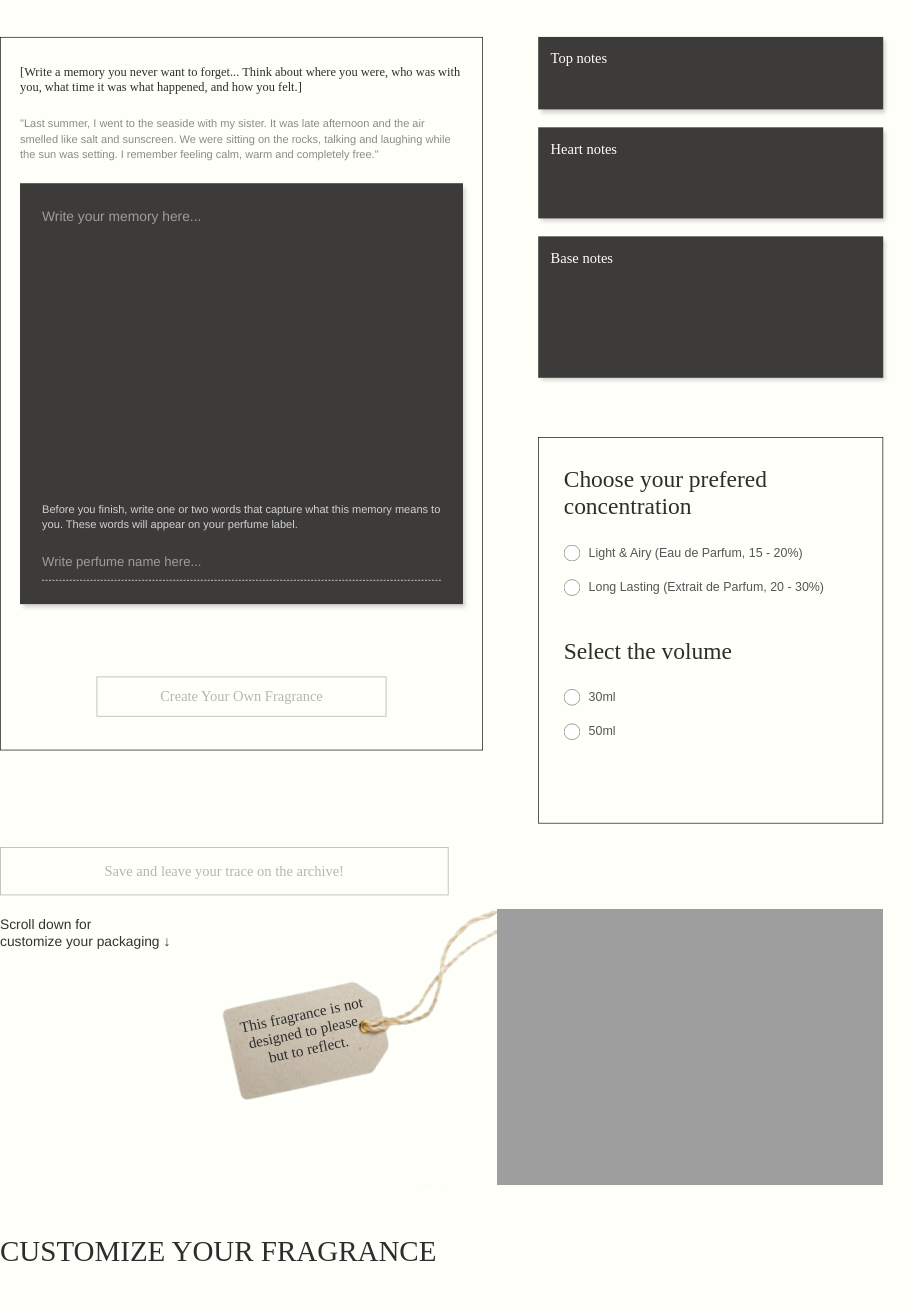
Repository: doagunes/Sillage
Page: /create
An editor plug-in stored every save of this project. The page is shown before and after the next save, followed by the edit.
The browser window is 1280 px wide. The page is 1325 px wide, so the pictures cover 1325 px, including what lies to the right of the window. The pictures show the part of the page from y = 773 to 2673 px (the page is 4240 px tall), at 69% of full size.
Pictures or frames that could not be fetched are drawn as grey boxes. Some web fonts or font styles are not loaded; a fallback is used. The project was rebuilt for these pictures with package versions that can differ from the ones it lists, and the page was loaded fresh each time. Also part of the build but not shown: vite.config.js, src/pages/SignUp.css, src/pages/SignUp.jsx, src/pages/Login.css, src/pages/Login.jsx, src/components/DynamicPerfumeBottle.css, src/components/DynamicPerfumeBottle.jsx, src/pages/Account.css and 17 more.

Above is the page before, as saved 2026-06-06 12:52:40.

### index.html
<!doctype html>
<html lang="en">
  <head>
    <meta charset="UTF-8" />
    <link rel="icon" type="image/svg+xml" href="/favicon.svg" />
    <meta name="viewport" content="width=device-width, initial-scale=1.0" />
    <title>sillage</title>
  </head>
  <body>
    <div id="root"></div>
    <script type="module" src="/src/main.jsx"></script>
  </body>
</html>

### src/main.jsx
import React from 'react'
import ReactDOM from 'react-dom/client'
import App from './App'
import './index.css'
import "./styles/fonts.css";

ReactDOM.createRoot(document.getElementById('root')).render(
  <React.StrictMode>
    <App />
  </React.StrictMode>,
)

### src/App.jsx
import "./index.css";
import { BrowserRouter, Routes, Route } from "react-router-dom";
import { AuthProvider } from "./context/AuthContext";
import { CartProvider } from "./context/CartContext";

import SignUp from "./pages/SignUp";
import Login from "./pages/Login";
import Account from "./pages/Account";

import Home from "./pages/Home";
import About from "./pages/About";
import Create from "./pages/Create";
import Archive from "./pages/Archive";
import ArchiveDetail from "./pages/ArchiveDetail";
import Cart from "./pages/Cart";
import ScentDetail from "./pages/ScentDetail";

function App() {
  return (
    <AuthProvider>
      <CartProvider>
        <BrowserRouter>
          <Routes>
            <Route path="/" element={<Home />} />
            <Route path="/about" element={<About />} />
            <Route path="/create" element={<Create />} />
            <Route path="/archive" element={<Archive />} />
            <Route path="/archive/:id" element={<ArchiveDetail />} />

            <Route path="/signup" element={<SignUp />} />
            <Route path="/login" element={<Login />} />
            <Route path="/account" element={<Account />} />

            <Route path="/cart" element={<Cart />} />

            <Route path="/scents/:scentId" element={<ScentDetail />} />
          </Routes>
        </BrowserRouter>
      </CartProvider>
    </AuthProvider>
  );
}

export default App;

### src/index.css
@import "tailwindcss";

@font-face {
  font-family: "Richmond Display";
  src: url("./assets/fonts/RichmondDisplay-Light.otf") format("opentype");
  font-weight: 300;
  font-style: normal;
}

@font-face {
  font-family: "Helvetica Neue Light";
  src: url("./assets/fonts/HelveticaNeue-Light.otf") format("opentype");
  font-weight: 300;
  font-style: normal;
}

:root {
  --font-heading: "Richmond Display", serif;
  --font-body: "Helvetica Neue Light", Arial, sans-serif;
}

* {
  margin: 0;
  padding: 0;
  box-sizing: border-box;
}

body {
  background-color: #f7f3ee;
  font-family: var(--font-body);
}

h1,
h2,
h3,
h4,
h5,
h6 {
  font-family: var(--font-heading);
  font-weight: 300;
}
@keyframes luxuryFade {
  from {
    opacity: 0;
    transform: translateY(40px);
    filter: blur(8px);
  }

  to {
    opacity: 1;
    transform: translateY(0);
    filter: blur(0);
  }
}

.page-enter {
  animation: luxuryFade 1.8s cubic-bezier(0.22, 1, 0.36, 1);
}

### src/styles/fonts.css
@font-face {
  font-family: "Richmond Display";
  src: url("../assets/fonts/RichmondDisplay-Light.otf")
    format("opentype");
  font-weight: 300;
  font-style: normal;
}

@font-face {
  font-family: "Helvetica Neue Light";
  src: url("../assets/fonts/HelveticaNeue-Light.otf")
    format("opentype");
  font-weight: 300;
  font-style: normal;
}

### src/context/AuthContext.jsx
import { createContext, useContext, useEffect, useState } from "react";

const AuthContext = createContext();

const API_URL = "http://localhost:5001/api";

export function AuthProvider({ children }) {
  const [user, setUser] = useState(null);

  useEffect(() => {
    const savedCurrentUser = localStorage.getItem("sillageCurrentUser");

    if (savedCurrentUser) {
      setUser(JSON.parse(savedCurrentUser));
    }
  }, []);

  const signup = async ({ username, email, password }) => {
    try {
      const response = await fetch(`${API_URL}/signup`, {
        method: "POST",
        headers: {
          "Content-Type": "application/json",
        },
        body: JSON.stringify({
          username,
          email,
          password,
        }),
      });

      const data = await response.json();

      if (!response.ok) {
        return {
          success: false,
          message: data.message || "Signup failed.",
        };
      }

      localStorage.setItem("sillageCurrentUser", JSON.stringify(data));
      setUser(data);

      return {
        success: true,
        user: data,
      };
    } catch (error) {
      return {
        success: false,
        message: "Could not connect to the server.",
      };
    }
  };

  const login = async (email, password) => {
    try {
      const response = await fetch(`${API_URL}/login`, {
        method: "POST",
        headers: {
          "Content-Type": "application/json",
        },
        body: JSON.stringify({
          email,
          password,
        }),
      });

      const data = await response.json();

      if (!response.ok) {
        return {
          success: false,
          message: data.message || "Login failed.",
        };
      }

      localStorage.setItem("sillageCurrentUser", JSON.stringify(data));
      setUser(data);

      return {
        success: true,
        user: data,
      };
    } catch (error) {
      return {
        success: false,
        message: "Could not connect to the server.",
      };
    }
  };

  const logout = () => {
    localStorage.removeItem("sillageCurrentUser");
    setUser(null);
  };

  const isLoggedIn = Boolean(user);

  return (
    <AuthContext.Provider value={{ user, isLoggedIn, signup, login, logout }}>
      {children}
    </AuthContext.Provider>
  );
}

export function useAuth() {
  return useContext(AuthContext);
}

### src/components/Navbar.jsx
import "./Navbar.css";
import { Link } from "react-router-dom";
import { useAuth } from "../context/AuthContext";

import logo from "../assets/navbar/sillage-logo.svg";
import userIcon from "../assets/navbar/user-icon.svg";
import bagIcon from "../assets/navbar/bag-icon.svg";
import instagramIcon from "../assets/navbar/instagram-icon.svg";

function Navbar() {
  const { isLoggedIn } = useAuth();

  return (
    <header className="navbar">
      <Link to="/" className="logo">
        <img src={logo} alt="sillage" />
      </Link>

      <nav className="nav-links">
        <Link to="/about">About</Link>
        <Link to="/create">Create Your Own Fragrance</Link>
        <Link to="/archive">Memory Archive</Link>
      </nav>

      <div className="nav-icons">
        <Link to={isLoggedIn ? "/account" : "/signup"} className="nav-icon-link">
          <img src={userIcon} alt="Account" />
        </Link>

        <Link to="/cart" className="nav-icon-link">
          <img src={bagIcon} alt="Cart" />
        </Link>

        <a
          href="https://www.instagram.com/"
          target="_blank"
          rel="noreferrer"
          className="nav-icon-link"
        >
          <img src={instagramIcon} alt="Instagram" />
        </a>
      </div>
    </header>
  );
}

export default Navbar;

### src/components/Footer.jsx
import "./Footer.css";
import { Link } from "react-router-dom";
import logo from "../assets/sillage-logo-b.svg";

function Footer() {
  return (
    <footer className="footer">
      <Link to="/" className="footer-brand">
        <img src={logo} alt="Sillage" />
      </Link>

      <div className="footer-col">
        <Link to="/about">
          <h3>About</h3>
        </Link>
      </div>

      <div className="footer-col">
        <h3>Scent Studio</h3>

        <Link to="/create">
          Create Your Own Perfume
        </Link>

        <Link to="/create">
          Customize Your Packaging
        </Link>
      </div>

      <div className="footer-col">
        <Link to="/archive">
          <h3>Memory Archive</h3>
        </Link>
      </div>

      <div className="footer-col contact">
        <h3>Contacts</h3>

        <p>info@sillageperfumery.com.tr</p>

        <p>
          +90 123 456 78 90 &nbsp; | &nbsp; Izmir / Turkey
        </p>
      </div>
    </footer>
  );
}

export default Footer;

### src/pages/Create.css
.create-page {
  background: #fffffa;
  color: #2E2D2D;
  font-family: "Helvetica Neue", Arial, sans-serif;
}

/* HERO */

.create-hero {
  width: 1280px;
  margin: 0 auto;
  display: grid;
  grid-template-columns: 50% 50%;
  border-left: 1px solid #111;
  border-right: 1px solid #111;
  border-bottom: 1px solid #111;
  border-top: none;
}

.create-hero-left {
  height: 330px;
  padding: 42px 32px 28px;
  box-sizing: border-box;

  display: flex;
  flex-direction: column;
  justify-content: space-between;
}

.create-hero-left h1 {
  margin: 0;
  font-family: "Richmond Display", serif;
  font-size: 44px;
  line-height: 1.18;
  font-weight: 300;
  letter-spacing: 0.01em;
  color: #2E2D2D;
}

.create-hero-left p {
  margin: 0;
  font-size: 36px;
  font-weight: 300;
  line-height: 1;
}

.create-hero-image {
  height: 330px;
  border-left: 1px solid #111;
  overflow: hidden;
}

.create-hero-image img {
  width: 100%;
  height: 100%;
  object-fit: cover;
  filter: grayscale(100%);
  display: block;
}

/* STEPS */

.steps-grid {
  width: 1280px;
  margin: 0 auto 62px;
  display: grid;
  grid-template-columns: repeat(4, 1fr);
  border-left: 1px solid #111;
}

.step-card {
  min-height: 270px;
  border-right: 1px solid #111;
  border-bottom: 1px solid #111;
  position: relative;
  padding: 100px 28px 28px;
  box-sizing: border-box;
}

.step-number {
  position: absolute;
  top: 0;
  left: 0;
  width: 66px;
  height: 66px;
  border-right: 1px solid #111;
  border-bottom: 1px solid #111;

  display: flex;
  align-items: center;
  justify-content: center;

  font-family: "Richmond Display", serif;
  font-size: 44px;
  font-weight: 300;
  line-height: 1;
}

.step-card p {
  margin: 0;
  font-size: 30px;
  line-height: 1.22;
  font-weight: 100;
}

/* CREATE MAIN */

.create-main {
  width: 1280px;
  margin: 70px auto 0;

  display: grid;
  grid-template-columns: 700px 500px;

  gap: 80px;

  align-items: start;
}

.memory-panel {
  border: 1px solid #111;
  padding: 38px 28px 48px;
  min-height: 900px;
  box-sizing: border-box;
}

.memory-panel h3 {
  margin: 0 0 30px;
  font-family: "Richmond Display", serif;
  font-size: 18px;
  font-weight: 400;
  line-height: 1.28;
}

.memory-panel > p {
  margin: 0 0 32px;
  color: #8a8a8a;
  font-size: 16px;
  line-height: 1.35;
  font-family: "Helvetica Neue", Arial, sans-serif;
}

.memory-input {
  background: #3d3a3a;
  color: #fffffa;
  height: 610px;
  padding: 34px 32px;
  box-sizing: border-box;
  display: flex;
  flex-direction: column;
  box-shadow: 4px 5px 6px rgba(0, 0, 0, 0.18);
  font-family: "Helvetica Neue", Arial, sans-serif;
}

.memory-input textarea {
  flex: 1;
  min-height: 360px;
  background: transparent;
  border: none;
  color: #fffffa;
  font-size: 20px;
  line-height: 1.4;
  outline: none;
  resize: none;
}

.memory-input span {
  color: #d2d2d2;
  font-size: 16px;
  line-height: 1.35;
  margin-top: auto;
}

.memory-title-input {
  margin-top: 22px;
  background: transparent;
  border: none;
  border-bottom: 1px dashed #fffffa;
  color: #fffffa;
  font-size: 19px;
  outline: none;
  padding: 8px 0 12px;
}

.memory-panel > button {
  width: 420px;
  height: 58px;
  margin: 105px auto 0;
  display: block;
  border: 1px solid #111;
  background: transparent;
  font-family: "Richmond Display", serif;
  font-size: 21px;
  cursor: pointer;
}

/* NOTES */

.notes-panel {
  display: grid;
  grid-template-columns: 1fr;
  gap: 26px;
}

.note-box {
  height: 105px;
  background: #3d3a3a;
  color: #fffffa;
  padding: 16px 18px;
  box-sizing: border-box;
  box-shadow: 4px 5px 6px rgba(0, 0, 0, 0.18);

  overflow-y: auto;
  overflow-x: hidden;
}

.note-heart {
  height: 132px;
  overflow-y: auto;
}

.note-base {
  height: 205px;
  overflow-y: auto;
}

.note-box h3 {
  margin: 0 0 8px;
  font-family: "Richmond Display", serif;
  font-size: 21px;
  font-weight: 300;
}

/* OPTIONS */

.options-box {
  border: 1px solid #111;

  min-height: 560px;

  padding: 40px 36px;

  box-sizing: border-box;

  margin-top: 60px;

  background: #fffffa;
}

.options-box h3 {
  margin: 0 0 36px;

  font-family: "Richmond Display", serif;
  font-size: 34px;
  font-weight: 300;
  line-height: 1.15;

  color: #2E2D2D;
}

.options-box h3:nth-of-type(2) {
  margin-top: 60px;
}

.options-box label {
  display: flex;
  align-items: center;

  margin-bottom: 26px;

  font-family: "Helvetica Neue Light", sans-serif;
  font-size: 18px;
  font-weight: 300;
  line-height: 1.3;

  color: #555;
}

.options-box input {
  width: 24px;
  height: 24px;

  margin-right: 12px;

  accent-color: #111;

  flex-shrink: 0;
}

/* SAVE */

.archive-save {
  width: 1280px;
  margin: 34px auto 80px;
  position: relative;
  z-index: 20;
}

.archive-save button {
  width: 650px;
  height: 70px;
  border: 1px solid #111;
  background: transparent;
  font-family: "Richmond Display", serif;
  font-size: 21px;
  cursor: pointer;
  position: relative;
  z-index: 21;
}

/* TAG */

.tag-section {
  width: 1280px;
  height: 360px;
  margin: 0 auto 45px;
  position: relative;
}

.scroll-hint {
  position: absolute;
  left: 0;
  top: -50px;

  display: flex;
  flex-direction: column;

  font-size: 20px;
  font-weight: 300;
  line-height: 1.25;
  color: #333;
}

.tag-wrapper {
  position: absolute;
  left: 257px;
  top: -150px;

  width: 500px;
  height: auto;
}

.tag-img {
  width: 500px;
  height: auto;
  display: block;
}

.tag-text {
  position: absolute;

  left: 90px;
  top: 230px;

  width: 190px;

  font-family: var(--font-heading);
  font-size: 22px;
  font-weight: 300;
  line-height: 1.15;
  text-align: center;
  color: #2e2d2d;

  transform: rotate(-12deg);
}

.tag-photo-img {
  position: absolute;
  right: 0;
  top: -60px;

  width: 560px;
  height: 400px;
  object-fit: cover;
  display: block;
}

/* CUSTOMIZE SECTION */

.customize-section {
  width: 1280px;
  margin: 0 auto 90px;
}

.customize-section h2 {
  font-family: "Richmond Display", serif;
  font-size: 42px;
  font-weight: 100;
  margin: 0 0 55px;
  color: #2E2D2D;
}

.customize-grid {
  display: grid;
  grid-template-columns: 58% 42%;
  gap: 45px;
  align-items: start;
}

.package-preview {
  width: 100%;
  height: 670px;
  overflow: hidden;
}

.package-preview img {
  width: 100%;
  height: 100%;
  object-fit: cover;
  display: block;
}

/* RIGHT PANEL */

.package-customize-panel h3 {
  font-family: "Richmond Display", serif;
  font-size: 28px;
  font-weight: 300;
  line-height: 1.2;
  margin: 0 0 35px;
  color: #222;
}

.package-upload-box {
  height: 260px;
  border: 2px dashed #c9d1d8;
  display: flex;
  flex-direction: column;
  align-items: center;
  justify-content: center;
  gap: 22px;
  position: relative;
  margin-bottom: 150px;
}

.upload-icon {
  font-size: 34px;
  color: #111;
  line-height: 1;
}

.package-upload-box p {
  margin: 0;
  text-align: center;
  font-size: 25px;
  font-weight: 300;
  line-height: 1.25;
  color: #666;
}

.package-upload-plus {
  width: 58px;
  height: 58px;
  background: #202020;
  color: #fffffa;
  display: flex;
  align-items: center;
  justify-content: center;
  font-size: 34px;
  font-weight: 300;
  cursor: pointer;
}

.package-upload-preview {
  width: 100%;
  height: 100%;
  object-fit: cover;
}

.package-description {
  font-size: 19px;
  font-weight: 100;
  line-height: 1.22;
  color: #333;
  margin: 0;
}

/* PACKAGING CHOICE */

.packaging-choice-section {
  width: 1280px;
  margin: 120px auto 110px;
  display: grid;
  grid-template-columns: 760px 430px;
  gap: 90px;
  align-items: start;
}

.packaging-options {
  display: grid;
  grid-template-columns: 1fr 1fr;
  border: 1px solid #111;
}

.packaging-card {
  padding: 26px 24px 34px;
  min-height: 520px;
  border-right: 1px solid #111;
  box-sizing: border-box;
  cursor: pointer;
}

.packaging-card:last-child {
  border-right: none;
}

.packaging-title {
  display: flex;
  align-items: center;
  gap: 18px;
  margin-bottom: 24px;

  font-family: "Richmond Display", serif;
  font-size: 24px;
  font-weight: 300;
  line-height: 1.15;
}

.packaging-title input {
  width: 22px;
  height: 22px;
  accent-color: #111;
}

.packaging-image {
  width: 100%;
  height: 390px;
  overflow: hidden;
}

.packaging-image img {
  width: 100%;
  height: 100%;
  object-fit: cover;
  display: block;
}

/* RIGHT MEMORY LINE */

.memory-line-panel {
  width: 100%;
}

.memory-line-box {
  border: 1px solid #111;
  padding: 28px 26px 20px;
  box-sizing: border-box;
}

.memory-line-box h3 {
  margin: 0 0 34px;
  font-family: "Richmond Display", serif;
  font-size: 28px;
  font-weight: 300;
  line-height: 1.12;
}

.memory-line-box p {
  margin: 0 0 26px;
  font-size: 21px;
  font-weight: 300;
  line-height: 1.22;
}

.memory-line-box textarea {
  width: 100%;
  height: 150px;
  background: #3D3B3B;
  color: #fffffa;
  border: none;
  padding: 22px;
  box-sizing: border-box;
  resize: none;
  outline: none;

  font-size: 20px;
  font-family: "Helvetica Neue", Arial, sans-serif;
}

.final-cart-btn {
  width: 100%;
  height: 70px;
  margin-top: 42px;
  border: 1px solid #111;
  background: transparent;

  font-family: "Richmond Display", serif;
  font-size: 31px;
  font-weight: 300;
  text-align: left;
  padding-left: 22px;
  cursor: pointer;
}

.final-cart-btn:disabled {
  opacity: 0.35;
  cursor: not-allowed;
  pointer-events: none;
}

/* PLACEHOLDER */

.placeholder {
  background: #ddd9d3;
  color: #777;
  display: flex;
  align-items: center;
  justify-content: center;
}

/* RESPONSIVE */

@media (max-width: 900px) {
  .create-hero,
  .steps-grid,
  .create-main,
  .archive-save,
  .tag-section,
  .customize-section,
  .packaging-choice-section {
    width: calc(100% - 32px);
  }

  .create-hero,
  .create-main,
  .customize-grid,
  .packaging-choice-section {
    grid-template-columns: 1fr;
  }

  .steps-grid {
    grid-template-columns: 1fr;
  }

  .archive-save button,
  .memory-panel > button {
    width: 100%;
  }

  .tag-section {
    grid-template-columns: 1fr;
  }

  .packaging-options {
    grid-template-columns: 1fr;
  }

  .packaging-card {
    border-right: none;
    border-bottom: 1px solid #111;
  }
}
.disabled-cart-btn {
  opacity: 0.35;
  cursor: not-allowed;
}

.cart-error-message {
  margin: 24px 0 -24px;
  color: #8b0000;
  font-family: Arial, sans-serif;
  font-size: 15px;
}

.create-fragrance-btn:disabled,
.save-trace-btn:disabled {
  opacity: 0.35;
  cursor: not-allowed;
  pointer-events: none;
}

.create-fragrance-btn:not(:disabled),
.save-trace-btn:not(:disabled) {
  opacity: 1;
  cursor: pointer;
}
.final-cart-btn:disabled,
.create-fragrance-btn:disabled,
.save-trace-btn:disabled {
  opacity: 0.35;
  cursor: not-allowed;
  pointer-events: none;
}

.disabled-packaging-card {
  opacity: 0.45;
  cursor: not-allowed;
}
.package-upload-box .upload-icon {
  font-size: 38px;
}

.package-upload-box p {
  text-align: center;
}

### src/components/Navbar.css
.navbar {
  height: 150px;

  display: grid;
  grid-template-columns: 420px 1fr 220px;

  align-items: center;

  padding: 0 60px;

  background: #fffffa;
  border-bottom: 1px solid #111;
}

.logo {
  justify-self: start;
}

.logo img {
  width: 288px;
  height: auto;
  display: block;
}

.nav-links {
  display: flex;
  justify-content: center;
  align-items: center;

  gap: 90px;

  margin-top: 53px;
}

.nav-links a {
  color: #111;
  text-decoration: none;

  font-family: "Helvetica Neue", Arial, sans-serif;
  font-size: 22px;
  font-weight: 300;
  line-height: 1.15;
}

.nav-icons {
  display: flex;
  justify-content: flex-end;
  align-items: center;

  gap: 24px;

  margin-top: 53px;
}

.nav-icon-link {
  display: flex;
  align-items: center;
  justify-content: center;
  text-decoration: none;
}

.nav-icon-link img {
  width: 20px;
  height: 20px;
  object-fit: contain;
}

### src/components/Footer.css
.footer {
  background: #222222;
  color: #f5f5f2;

  height: 145px;
  padding: 28px 120px 24px;

  display: grid;
  grid-template-columns: 2.2fr 0.8fr 1.4fr 1.2fr 1.4fr;
  align-items: start;
  column-gap: 90px;

  box-sizing: border-box;
  overflow: hidden;
}

.footer-brand {
  display: flex;
  align-items: flex-start;
  justify-content: flex-start;
  margin-left: -30px; /* sola yaklaştır */
}

.footer-brand img {
  width: 260px; /* büyüt */
  height: auto;
  display: block;
  margin-top: -120px;
}

.footer-col {
  display: flex;
  flex-direction: column;
}

.footer-col h3,
.footer-title-link {
  font-family: Georgia, "Times New Roman", serif;
  font-size: 18px;
  font-weight: 400;
  color: #f5f5f2;
  text-decoration: none;
  margin: 0 0 18px;
  line-height: 1;
}

.footer-col a,
.footer-col p {
  color: rgba(255, 255, 255, 0.78);
  text-decoration: none;

  font-size: 14px;
  font-weight: 300;
  line-height: 1.35;

  margin: 0 0 6px;
}

.footer-col a:hover,
.footer-title-link:hover {
  color: white;
}

.contact p:first-of-type {
  margin-bottom: 8px;
}

Loaded but not shown: src/data/scentWords.js (584 lines, source omitted); src/utils/analyzeMemory.js (50 lines, source omitted); src/pages/Create.jsx (448 lines, source omitted); src/pages/Home.css (477 lines, source omitted); src/context/CartContext.jsx (158 lines, source omitted)

After the next save:
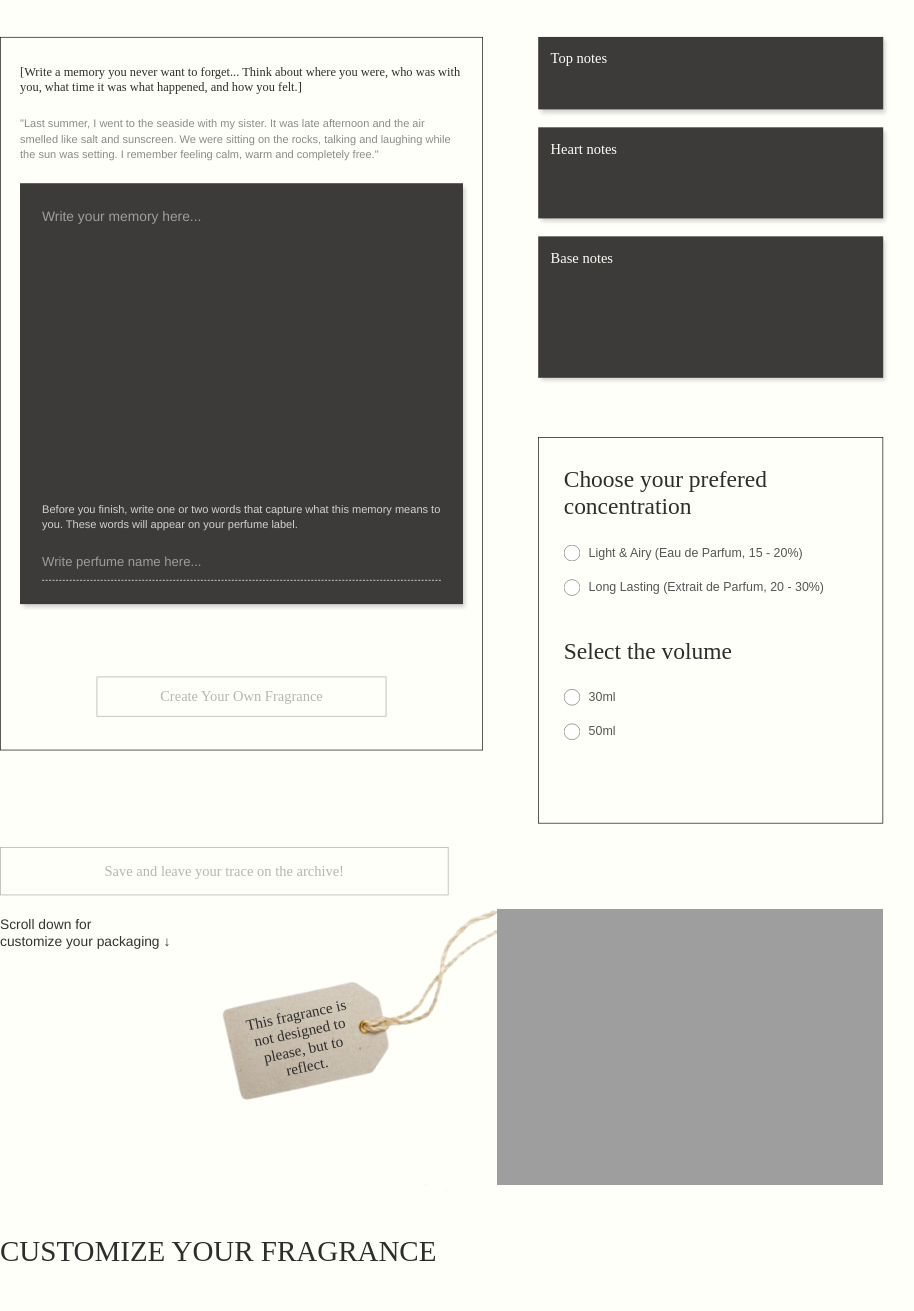
Saved 5 s later.
--- a/src/pages/Create.css
+++ b/src/pages/Create.css
@@ -352,7 +352,7 @@
   left: 90px;
   top: 230px;
 
-  width: 190px;
+  width: 180px;
 
   font-family: var(--font-heading);
   font-size: 22px;
